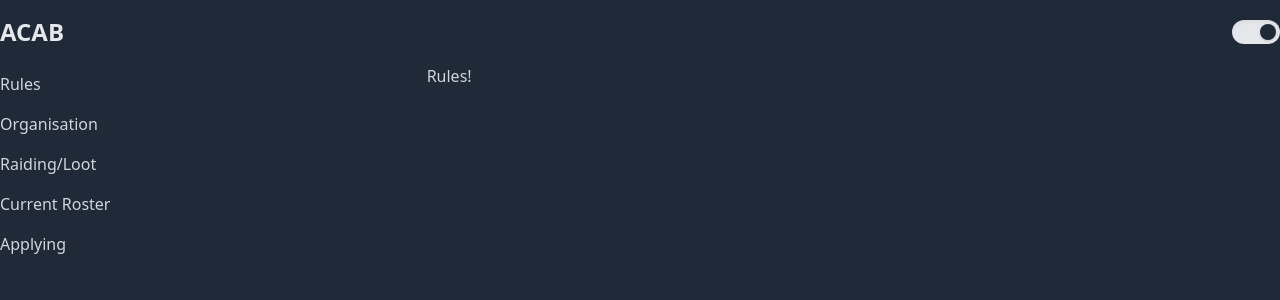
Repository: eaang/catguild_frontend
Page: /rules
These files come from the project's save history. The page is drawn as it stood at one moment and after the next save; the edit follows.
The browser window is 1280 px wide. The pictures show the whole page.
The project was rebuilt for these pictures with package versions that can differ from the ones it lists, and the page was loaded fresh each time. The framework's server and built-in components were replaced by stand-ins that run in the browser. Also part of the build but not shown: nuxt.config.js, components/ContentBox.vue, components/ContentEditor.vue, components/ImageBox.vue, components/SidebarMain.vue, components/SidebarSub.vue, components/TheFoooter.vue, components/icons/ChevronDown.vue and 20 more. Imported but missing from the stored project, and not drawn on this page: apollo/queries/categories/category.

Above is the page before, as saved 2021-04-02 19:12:15.

### components/SidebarItem.vue
<template>
  <div class="flex justify-between items-center" @click="toggle = !toggle">
    <div class="py-2">{{ title }}</div>
    <div class="px-2">
      <div v-if="toggle"><ChevronDown /></div>
      <div v-if="!toggle"><ChevronUp /></div>
    </div>
  </div>
</template>

<script>
export default {
  props: {
    title: {
      type: String,
      default: 'Category',
    },
  },
  data() {
    return {
      toggle: false,
    }
  },
}
</script>

### components/TheHeader.vue
<template>
  <div class="w-full h-16 flex items-center">
    <div class="container flex justify-between items-center">
      <div class="left-side">
        <nuxt-link to="/"
          ><div class="text-2xl font-bold text-gray-800 dark:text-gray-200">
            ACAB
          </div></nuxt-link
        >
      </div>
      <div class="right-side">
        <div @click="changeTheme">
          <ToggleButton :is-active="thisTheme" />
        </div>
      </div>
    </div>
  </div>
</template>

<script>
export default {
  data() {
    return {
      thisTheme: false,
    }
  },
  methods: {
    changeTheme() {
      this.thisTheme = !this.thisTheme
      this.$nuxt.$emit('change-theme')
    },
  },
}
</script>

### components/TheSidebar.vue
<template>
  <div class="">
    <SidebarItem title="Rules" />
    <SidebarItem title="Organisation" />
    <SidebarItem title="Raiding/Loot" />
    <SidebarItem title="Current Roster" />
    <SidebarItem title="Applying" />
  </div>
</template>

<script>
export default {}
</script>

### components/ToggleButton.vue
<template>
  <div
    class="w-12 h-6 px-1 rounded-full grid justify-items-auto items-center shadow-inner transition duration-200"
    :class="{ 'bg-gray-800': currentStatus, 'bg-gray-200': !currentStatus }"
  >
    <transition name="left">
      <div
        v-if="currentStatus"
        class="bg-gray-200 w-4 h-4 rounded-full shadow justify-self-start shadow-"
      ></div>
    </transition>
    <transition name="right">
      <div
        v-if="!currentStatus"
        class="bg-gray-800 w-4 h-4 rounded-full shadow justify-self-end"
      ></div>
    </transition>
  </div>
</template>

<script>
export default {
  props: {
    isActive: {
      type: Boolean,
      default: false,
    },
  },
  computed: {
    currentStatus() {
      return this.isActive
    },
  },
}
</script>

<style scoped>
.left-enter-active,
.left-leave-enter {
  transform: translateX(0);
  transition: all 0.2s linear;
}
.left-enter,
.left-leave-to {
  transform: translateX(100%);
}
.right-enter-active,
.right-leave-enter {
  transform: translateX(0);
  transition: all 0.2s linear;
}
.right-enter,
.right-leave-to {
  transform: translateX(-100%);
}
</style>

### components/icons/ChevronUp.vue
<template>
  <svg
    xmlns="http://www.w3.org/2000/svg"
    viewBox="0 0 20 20"
    fill="currentColor"
  >
    <path
      fill-rule="evenodd"
      d="M14.707 12.707a1 1 0 01-1.414 0L10 9.414l-3.293 3.293a1 1 0 01-1.414-1.414l4-4a1 1 0 011.414 0l4 4a1 1 0 010 1.414z"
      clip-rule="evenodd"
    />
  </svg>
</template>

### layouts/default.vue
<template>
  <div :class="{ dark: darkTheme }">
    <div
      class="relative pt-16 h-screen theme bg-gray-300 text-gray-800 dark:bg-gray-800 dark:text-gray-300 transition duration-200"
    >
      <TheHeader class="absolute inset-x-0 top-0" />
      <div class="container h-full">
        <div class="flex h-full">
          <TheSidebar class="w-1/3 h-full" />
          <Nuxt class="h-full" />
        </div>
        <TheFooter />
      </div>
    </div>
  </div>
</template>

<script>
export default {
  data() {
    return {
      darkTheme: true,
    }
  },
  created() {
    this.$nuxt.$on('change-theme', () => {
      this.darkTheme = !this.darkTheme
    })
  },
}
</script>

### pages/rules/index.vue
<template>
  <div>Rules!</div>
</template>

<script>
export default {}
</script>

### tailwind.config.js
module.exports = {
  purge: [
    './components/**/*.{vue,js}',
    './layouts/**/*.vue',
    './pages/**/*.vue',
    './plugins/**/*.{js,ts}',
    './nuxt.config.{js,ts}',
  ],
  darkMode: 'class', // or 'media' or 'class'
  theme: {
    container: {
      center: true,
    },
    extend: {},
  },
  variants: {
    extend: {},
  },
  plugins: [],
}

Loaded but not shown: assets/css/tailwind.css (common file); components/TheFooter.vue (common file)

After the next save:
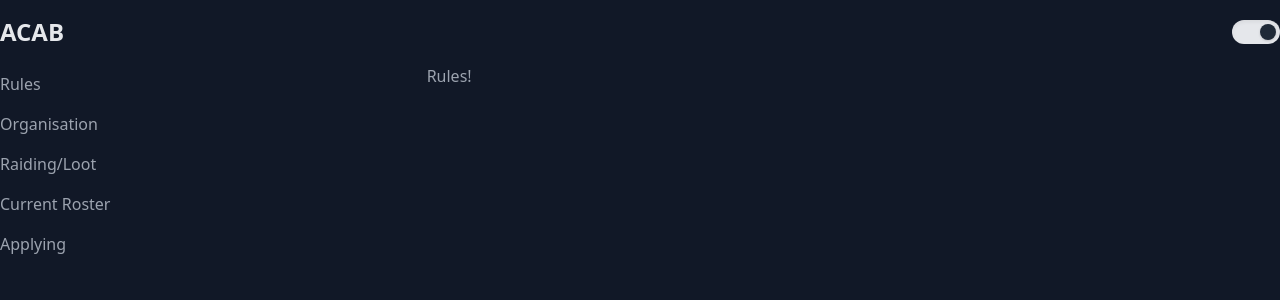
Saved 61 s later.
--- a/layouts/default.vue
+++ b/layouts/default.vue
@@ -1,7 +1,7 @@
 <template>
   <div :class="{ dark: darkTheme }">
     <div
-      class="relative pt-16 h-screen theme bg-gray-300 text-gray-800 dark:bg-gray-800 dark:text-gray-300 transition duration-200"
+      class="relative pt-16 h-screen theme bg-gray-400 text-gray-900 dark:bg-gray-900 dark:text-gray-400 transition duration-200"
     >
       <TheHeader class="absolute inset-x-0 top-0" />
       <div class="container h-full">
